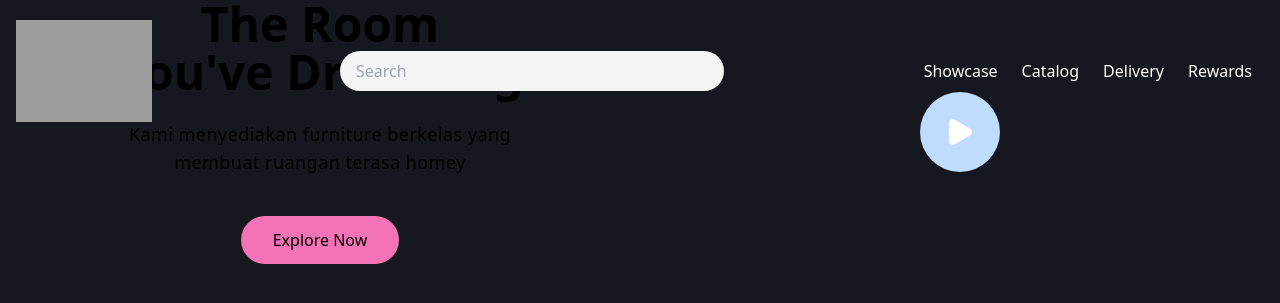
Repository: farrelmuhammad/anime-collections
Page: /
The author's editor kept a copy of each file at every save. The page is drawn from the files as they stood at one save, then again after the next save.
The browser window is 1280 px wide. The pictures show the whole page.
Pictures or frames that could not be fetched are drawn as grey boxes. The page's requests for data from a server got no answer. The project was rebuilt for these pictures with package versions that can differ from the ones it lists, and the page was loaded fresh each time. No one was signed in, and anything a server would have sent is missing. Also part of the build but not shown: src/App.css.

Above is the page before, as saved 2023-08-03 23:44:18.

After the next save:
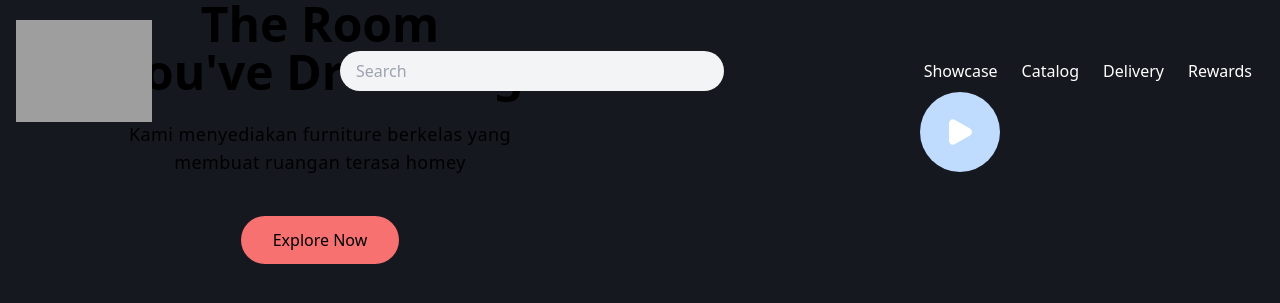
Saved 2 min 50 s later.
--- a/src/parts/Home/Hero.tsx
+++ b/src/parts/Home/Hero.tsx
@@ -33,7 +33,7 @@
                 <div>
                     <a
                         href="#browse-the-room"
-                        className="bg-pink-400 text-black hover:bg-black hover:text-pink-400 rounded-full px-8 py-3 mt-4 inline-block flex-none transition duration-200"
+                        className="bg-red-400 text-black hover:bg-black hover:text-pink-400 rounded-full px-8 py-3 mt-4 inline-block flex-none transition duration-200"
                     >
                         Explore Now
                     </a>
